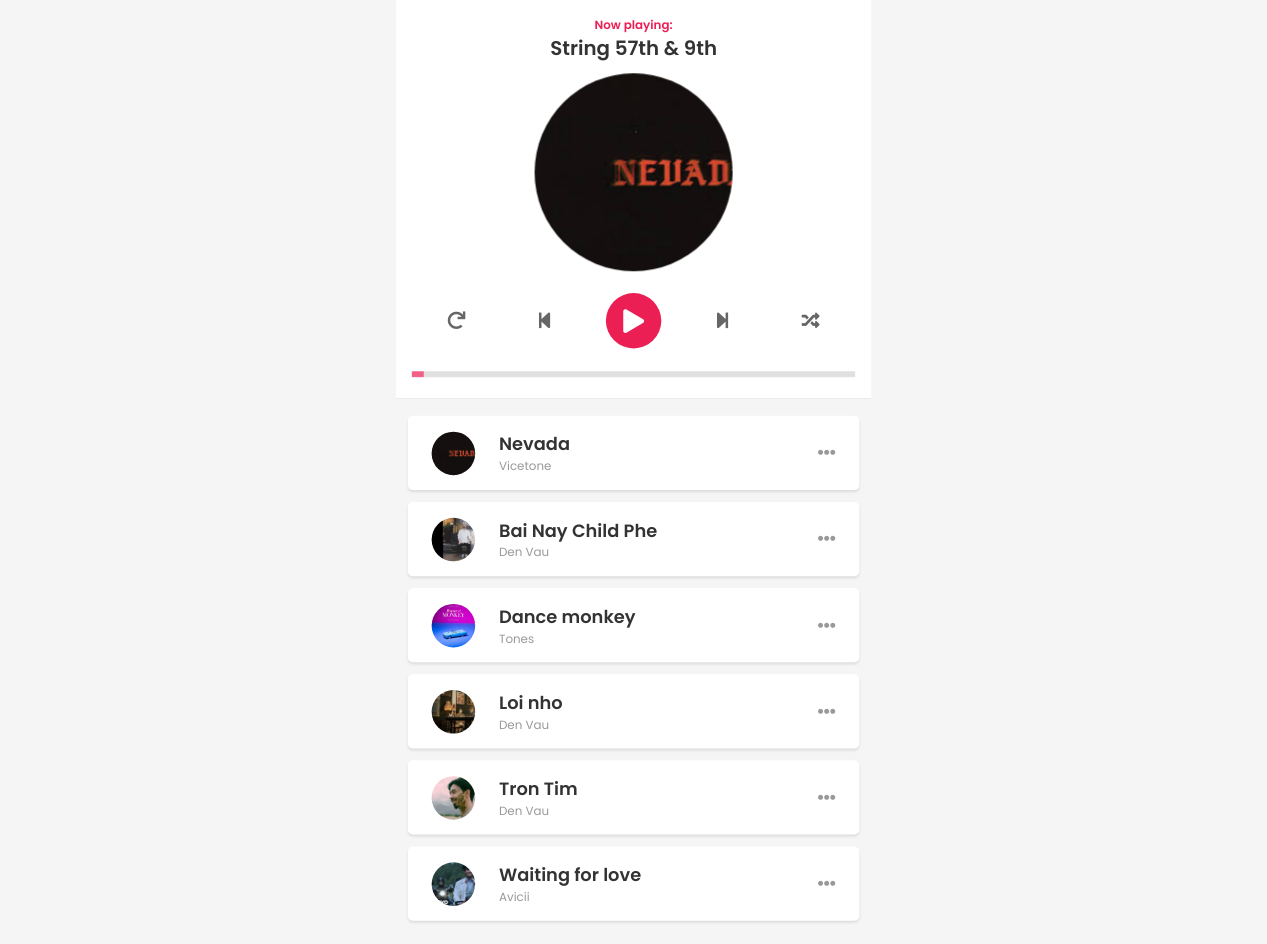
Repository: dovanthao2404/AppMusicPlayer
Page: index.html
These files come from the project's save history. The page is drawn as it stood at one moment and after the next save; the edit follows.
The browser window is 1280 px wide. The pictures show the whole page, at 99% of full size.
Pictures or frames that could not be fetched are drawn as grey boxes.

Above is the page before, as saved 2021-06-28 14:31:54.

After the next save:
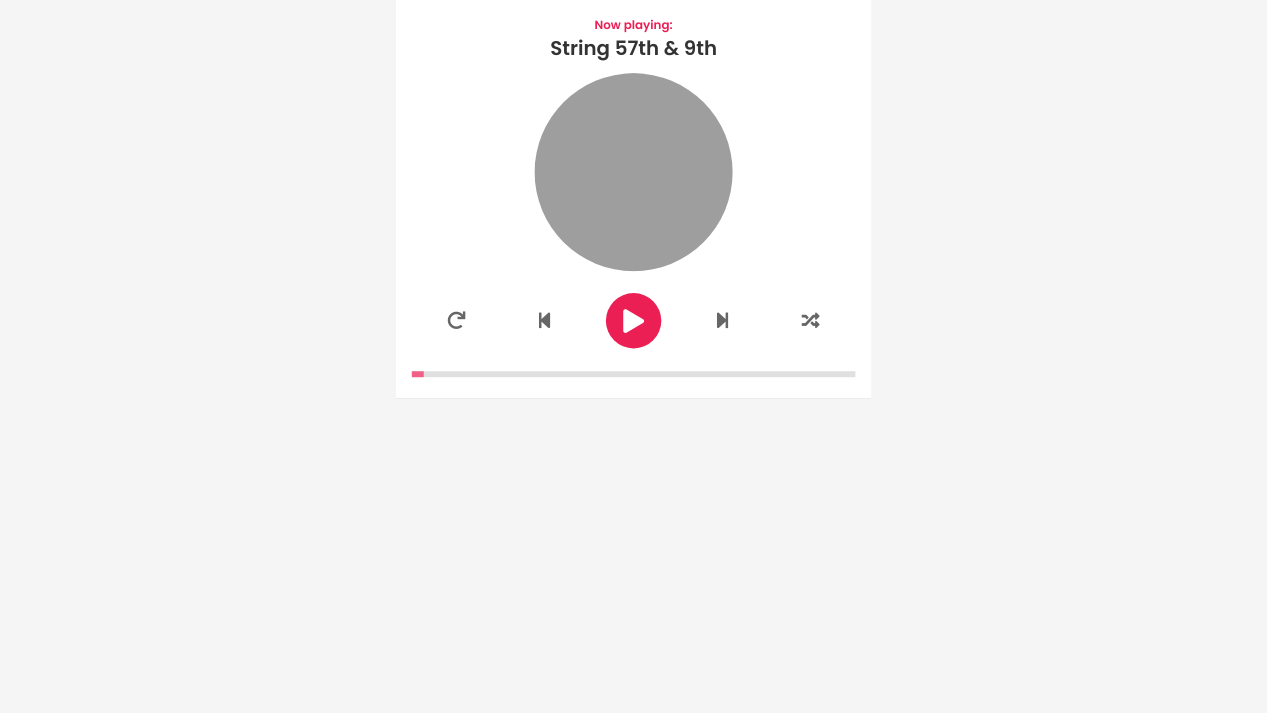
Console error: SyntaxError: Unexpected token ')'
Saved 71 s later.
--- a/js/app.js
+++ b/js/app.js
@@ -171,10 +171,10 @@
     this.loadCurrentSong();
   },
   randomSong: function () {
-    this.currentIndex--;
-    if (this.currentIndex < 0) {
-      this.currentIndex = this.songs.length - 1;
-    }
+    var randomCurrent = 0;
+    do {
+
+    } while ()
     this.loadCurrentSong();
   },
   start: function () {

After the 2 saves that followed:
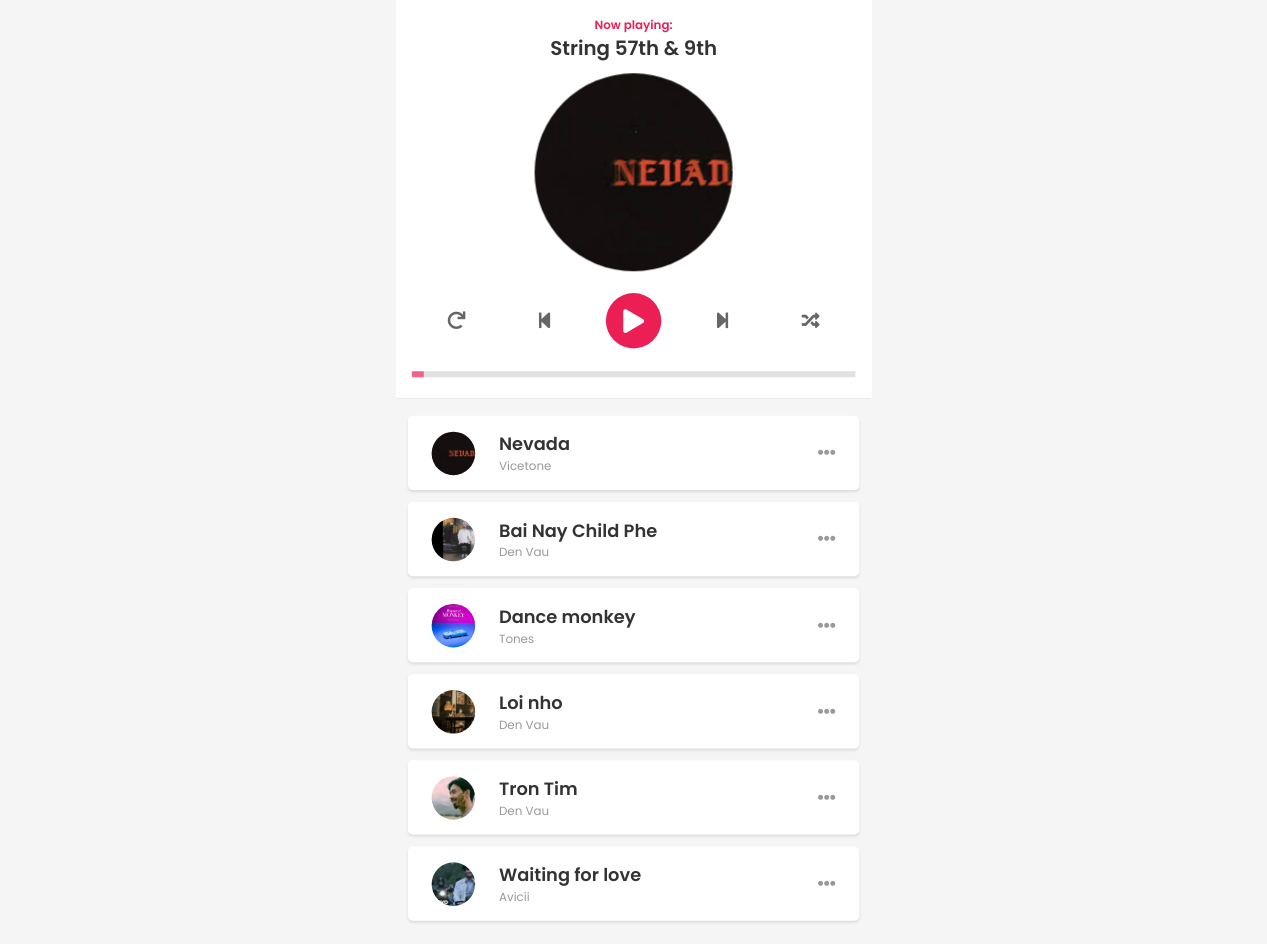
The error is gone.
The 2 saves are shown as one change because they came seconds apart.
The last was saved 26 s later.
--- a/js/app.js
+++ b/js/app.js
@@ -174,7 +174,7 @@
     var randomCurrent = 0;
     do {
 
-    } while ()
+    } while (randomCurrent === this.currentIndex);
     this.loadCurrentSong();
   },
   start: function () {
